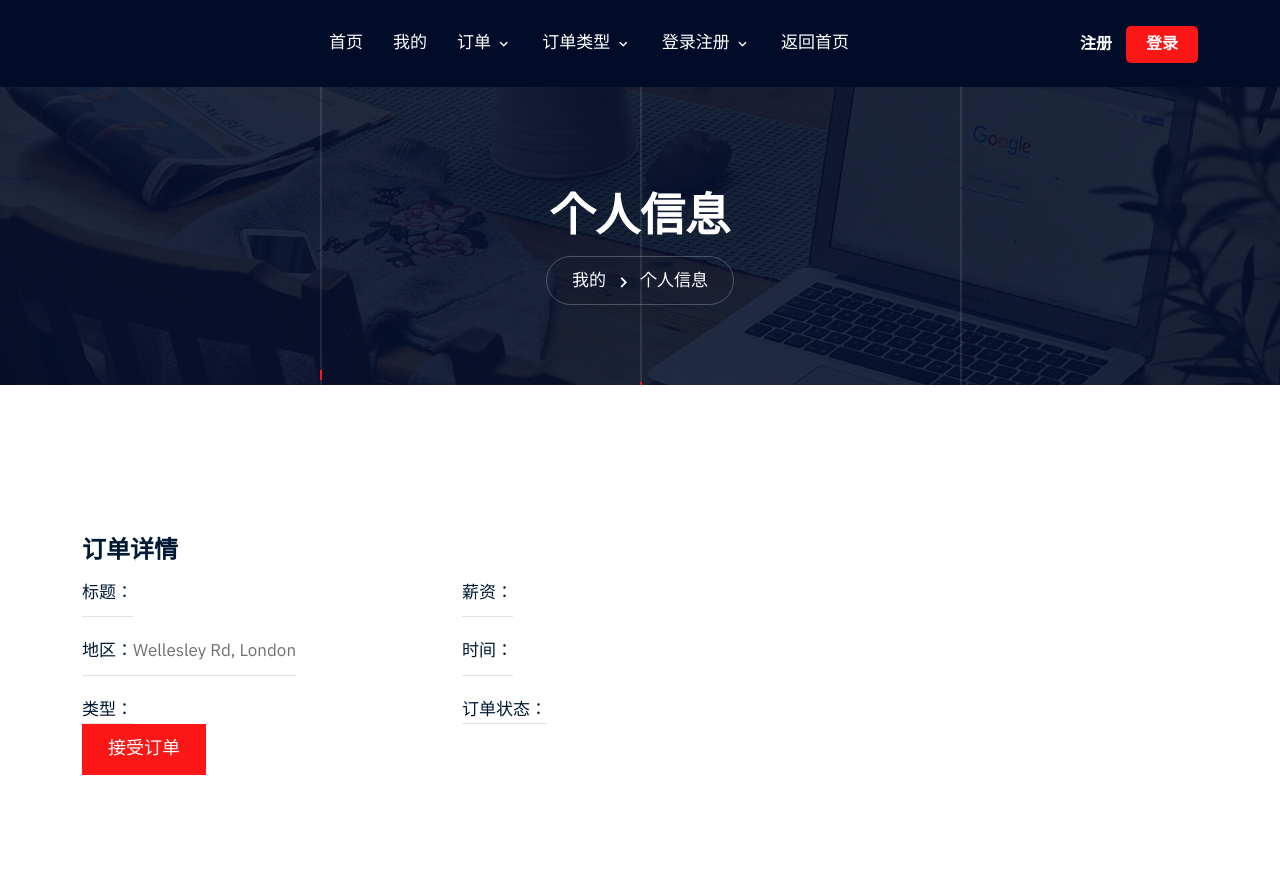
Repository: Aliceonly/Co-DecentralizedApplication
Page: html/detail-order.html
An editor plug-in stored every save of this project. The page is shown before and after the next save, followed by the edit.
The browser window is 1280 px wide. The pictures show the whole page.

Above is the page before, as saved 2022-05-09 10:05:11.
Console error: TypeError: Cannot set properties of null (setting 'innerHTML')

### html/detail-order.html
<!doctype html>
<html lang="zxx">

<head>

    <meta charset="utf-8">
    <meta name="viewport" content="width=device-width, initial-scale=1, shrink-to-fit=no">

    <link rel="stylesheet" href="../static/css/bootstrap.min.css">

    <link rel="stylesheet" href="../static/css/owl.carousel.min.css">

    <link rel="stylesheet" href="../static/css/owl.theme.default.min.css">

    <link rel="stylesheet" href="../static/css/boxicon.min.css">

    <link rel="stylesheet" href="../static/css/flaticon.css">

    <link rel="stylesheet" href="../static/css/magnific-popup.css">

    <link rel="stylesheet" href="../static/css/meanmenu.css">

    <link rel="stylesheet" href="../static/css/nice-select.css">

    <link rel="stylesheet" href="../static/css/style.css">

    <link rel="stylesheet" href="../static/css/responsive.css">

    <title>Jovie - Job Board & Portal HTML Template</title>

</head>

<body>

    <div class="loader-content">
        <div class="d-table">
            <div class="d-table-cell">
                <div class="sk-circle">
                    <div class="sk-circle1 sk-child"></div>
                    <div class="sk-circle2 sk-child"></div>
                    <div class="sk-circle3 sk-child"></div>
                    <div class="sk-circle4 sk-child"></div>
                    <div class="sk-circle5 sk-child"></div>
                    <div class="sk-circle6 sk-child"></div>
                    <div class="sk-circle7 sk-child"></div>
                    <div class="sk-circle8 sk-child"></div>
                    <div class="sk-circle9 sk-child"></div>
                    <div class="sk-circle10 sk-child"></div>
                    <div class="sk-circle11 sk-child"></div>
                    <div class="sk-circle12 sk-child"></div>
                </div>
            </div>
        </div>
    </div>


    <div class="navbar-area">

        <div class="mobile-nav">
            <a href="/" class="logo">
                <!-- <img src="static/picture/logo.png" alt="logo"> -->
            </a>
        </div>

        <div class="main-nav">
            <div class="container">
            <nav class="navbar navbar-expand-lg navbar-light">
            <a class="navbar-brand" href="/">
            <!-- <img src="static/picture/logo.png" alt="logo"> -->
            </a>
            <div class="collapse navbar-collapse mean-menu" id="navbarSupportedContent">
            <ul    class="navbar-nav m-auto">
                <!-- style="position: relative;left: -430px;"  -->
                <!-- 标记！！！！！！！！！！！！！！！！！！！！！！！！！！！ -->

            <li class="nav-item">
            <!-- <a href="#" class="nav-link dropdown-toggle active">Home</a> -->
            <li class="nav-item">
                <a href="/" class="nav-link">首页</a>
            </li>
            <li class="nav-item">
                <a href="account" class="nav-link">我的</a>
            </li>


            <li class="nav-item">
            <a href="#" class="nav-link dropdown-toggle">订单</a>
            <ul class="dropdown-menu">
            <li class="nav-item">
            <a href="/" class="nav-link">查看订单</a>
            </li>
            <li class="nav-item">
            <a href="post_job" class="nav-link">发布订单</a>
            </li>
            <li class="nav-item">
                <a href="all_order" class="nav-link">个人订单</a>
            </li>
            </ul>
            </li>
            <li class="nav-item">
            <a href="#" class="nav-link dropdown-toggle">订单类型</a>
            <ul class="dropdown-menu">
            <li class="nav-item">
            <a href="detail_campus" class="nav-link">校园兼职</a>
            </li>
            <li class="nav-item">
            <a href="detail_qukuilySend" class="nav-link">校园跑腿</a>
            </li>
            <li class="nav-item">
            <a href="detail_shared" class="nav-link">共享服务</a>
            </li>
            </ul>
            </li>

            <li class="nav-item">
            <a href="#" class="nav-link dropdown-toggle">登录注册</a>
            <ul class="dropdown-menu">
            <li class="nav-item">
            <a href="sign_in" class="nav-link">登录</a>
            </li>
            <li class="nav-item">
            <a href="sign_up" class="nav-link">注册</a>
            </li>
            <li class="nav-item">
            <!-- <a href="blog-details.html" class="nav-link">Blog Details</a> -->
            </li>
            </ul>
            </li>


            <li class="nav-item">
            <a href="/" class="nav-link">返回首页</a>
            </li>
            <!-- <li class="nav-item"> -->
            <!-- <a href="contact.html" class="nav-link">Contact Us</a> -->
            <!-- </li> -->
            </ul>


            <div class="other-option">
            <a href="sign_up" class="signup-btn">注册</a>
            <a href="sign_in" class="signin-btn">登录</a>
            </div>
            </div>
            </nav>
            </div>
            </div>
            </div>

            <section style="padding-bottom: 30px;" class="page-title title-bg12">
                <div style="position: relative;top: -50px;" class="d-table">
                    <div class="d-table-cell">
                        <h2>个人信息</h2>
                        <ul>
                            <li>
                                <a href="/account">我的</a>
                            </li>
                            <li>个人信息</li>
                        </ul>
                    </div>
                </div>
                <div   class="lines">
                    <div class="line"></div>
                    <div class="line"></div>
                    <div class="line"></div>
                </div>
            </section>


<!--
    <section class="page-title title-bg8">
        <div class="d-table">
            <div class="d-table-cell">
                <h2>订单详情</h2>
                <ul>
                    <li>
                        <a href="/">首页</a>
                    </li>
                    <li>订单详情</li>
                </ul>
            </div>
        </div>
        <div class="lines">
            <div class="line"></div>
            <div class="line"></div>
            <div class="line"></div>
        </div>
    </section> -->


    <!-- <section class="candidate-details pt-100 pb-100">
        <div class="container">
            <div class="row">
                <div class="col-lg-4">
                    <div class="candidate-profile">
                        <!-- <p>User:{{.Add}}</p> -->
                        <!-- <p>User:<span style="white-space:pre-wrap" id="Add"></span></p>
                        <div class="candidate-social">
                        </div>
                    </div>
                </div>
                <div class="col-lg-8">
                    <div class="candidate-info-text candidate-education">
                        <h3>订单详情</h3>
                        <div class="education-info">
                            <h4>标题：<span id="Taskname"></span></h4>
                        </div>
                        <div class="education-info">
                            <h4>时间：<span id="LaunchTime"></span></h4>
                        </div>
                        <div class="education-info">
                            <h4>薪资：<span id="Amount"></span></h4>
                        </div>
                        <div class="education-info">
                            <h4>类型：<span id="Category"></span></h4>
                        </div>
                        <div class="education-info">
                            <h4>订单状态：<span id="State"></span></h4>
                            <p></p>
                        </div>
                        <div class="col-md-3">
                            <div class="theme-btn text-end">
                            <a href="#" class="default-btn">
                             接受订单
                            </a>
                            </div>
                            </div>
                </div>
            </div>
        </div>
    </section> -->



<section class="job-details ptb-100">
    <div class="container">
    <div class="row">
    <div class="col-lg-8">
    <div class="row">
    <div class="col-lg-12">
    <div class="job-details-text">
    <div style="position: relative;top: 50px;" class="details-text">
    <h3>订单详情</h3>
    <div class="row">
    <div class="col-md-6">
    <table class="table">
    <tbody>
    <tr>
    <td><span>标题：</span></td>
    <td><span id="Taskname"></span></td>
    </tr>
    <tr>
    <td><span>地区：</span></td>
    <td>Wellesley Rd, London</td>
    </tr>
    <tr>
    <td><span>类型：</span></td>
    <td><span id="Category"></span></td>
    </tr>
    </tbody>
    </table>
    </div>
    <div class="col-md-6">
    <table class="table">
    <tbody>
    <tr>
    <td><span>薪资：</span></td>
    <td><span id="Amount"></span></td>
    </tr>
    <tr>
    <td><span>时间：</span></td>
    <td><span id="LaunchTime"></span></td>
    </tr>
    <tr>
    <td><span>订单状态：</span></td>
    <td><span id="State"></span></td>
    </tr>

    </tbody>
    </table>
    </div>
    </div>
    </div>
    <div class="theme-btn">
    <a href="accept_order" class="default-btn">
    接受订单
    </a>
    </div>
    </div>
    </div>
    </div>
    </div>
    </div>
    </div>
    </section>


    <!-- <div class="copyright-text text-center">
        <p><a target="_blank" href="https://sc.chinaz.com/moban/"></a></p>
    </div> -->


    <!-- <div class="top-btn">
        <i class='bx bx-chevrons-up bx-fade-up'></i>
    </div> -->


    <script data-cfasync="false" src="../static/js/email-decode.min.js"></script>
    <script src="../static/js/jquery.min.js"></script>
    <script src="../static/js/bootstrap.bundle.min.js"></script>

    <script src="../static/js/owl.carousel.min.js"></script>

    <script src="../static/js/jquery.nice-select.min.js"></script>

    <script src="../static/js/jquery.magnific-popup.min.js"></script>

    <script src="../static/js/jquery.ajaxchimp.min.js"></script>

    <script src="../static/js/form-validator.min.js"></script>

    <script src="../static/js/contact-form-script.js"></script>

    <script src="../static/js/meanmenu.js"></script>

    <script src="../static/js/custom.js"></script>

    <script src="../static/web3.js/detail-order.js"></script>
</body>

</html>

### static/css/flaticon.css
@font-face{font-family:flaticon;src:url(../font/Flaticon.eot);src:url(../font/Flaticon.eot) format("embedded-opentype"),url(../font/Flaticon.woff2) format("woff2"),url(../font/Flaticon.woff) format("woff"),url(https://templates.hibootstrap.com/jovie/default/assets/fonts/flaticon/Flaticon.ttf) format("truetype"),url(https://templates.hibootstrap.com/jovie/default/assets/fonts/flaticon/Flaticon.svg) format("svg");font-weight:400;font-style:normal}@media screen and (-webkit-min-device-pixel-ratio:0){@font-face{font-family:flaticon;src:url(https://templates.hibootstrap.com/jovie/default/assets/fonts/flaticon/Flaticon.svg) format("svg")}}[class^=flaticon-]:before,[class*=" flaticon-"]:before,[class^=flaticon-]:after,[class*=" flaticon-"]:after{font-family:Flaticon;font-style:normal}.flaticon-accounting:before{content:"\f100"}.flaticon-graduation-cap:before{content:"\f101"}.flaticon-wrench-and-screwdriver-in-cross:before{content:"\f102"}.flaticon-consultation:before{content:"\f103"}.flaticon-heart:before{content:"\f104"}.flaticon-computer:before{content:"\f105"}.flaticon-worker:before{content:"\f106"}.flaticon-auction:before{content:"\f107"}.flaticon-website:before{content:"\f108"}.flaticon-recruitment:before{content:"\f109"}.flaticon-login:before{content:"\f10a"}.flaticon-group:before{content:"\f10b"}.flaticon-discussion:before{content:"\f10c"}.flaticon-research:before{content:"\f10d"}.flaticon-user:before{content:"\f10e"}.flaticon-left-quotes-sign:before{content:"\f10f"}.flaticon-resume:before{content:"\f110"}.flaticon-employee:before{content:"\f111"}.flaticon-portfolio:before{contesignin-form

### static/css/css.css
/* tamil */
@font-face {
  font-family: 'Catamaran';
  font-style: normal;
  font-weight: 400;
  font-display: swap;
  src: url(../font/o-0IIpQoyXQa2RxT7-5r8zRAW_0.woff2) format('woff2');
  unicode-range: U+0964-0965, U+0B82-0BFA, U+200C-200D, U+20B9, U+25CC;
}
/* latin-ext */
@font-face {
  font-family: 'Catamaran';
  font-style: normal;
  font-weight: 400;
  font-display: swap;
  src: url(../font/o-0IIpQoyXQa2RxT7-5r6zRAW_0.woff2) format('woff2');
  unicode-range: U+0100-024F, U+0259, U+1E00-1EFF, U+2020, U+20A0-20AB, U+20AD-20CF, U+2113, U+2C60-2C7F, U+A720-A7FF;
}
/* latin */
@font-face {
  font-family: 'Catamaran';
  font-style: normal;
  font-weight: 400;
  font-display: swap;
  src: url(../font/o-0IIpQoyXQa2RxT7-5r5TRA.woff2) format('woff2');
  unicode-range: U+0000-00FF, U+0131, U+0152-0153, U+02BB-02BC, U+02C6, U+02DA, U+02DC, U+2000-206F, U+2074, U+20AC, U+2122, U+2191, U+2193, U+2212, U+2215, U+FEFF, U+FFFD;
}
/* tamil */
@font-face {
  font-family: 'Catamaran';
  font-style: normal;
  font-weight: 600;
  font-display: swap;
  src: url(../font/o-0IIpQoyXQa2RxT7-5r8zRAW_0.woff2) format('woff2');
  unicode-range: U+0964-0965, U+0B82-0BFA, U+200C-200D, U+20B9, U+25CC;
}
/* latin-ext */
@font-face {
  font-family: 'Catamaran';
  font-style: normal;
  font-weight: 600;
  font-display: swap;
  src: url(../font/o-0IIpQoyXQa2RxT7-5r6zRAW_0.woff2) format('woff2');
  unicode-range: U+0100-024F, U+0259, U+1E00-1EFF, U+2020, U+20A0-20AB, U+20AD-20CF, U+2113, U+2C60-2C7F, U+A720-A7FF;
}
/* latin */
@font-face {
  font-family: 'Catamaran';
  font-style: normal;
  font-weight: 600;
  font-display: swap;
  src: url(../font/o-0IIpQoyXQa2RxT7-5r5TRA.woff2) format('woff2');
  unicode-range: U+0000-00FF, U+0131, U+0152-0153, U+02BB-02BC, U+02C6, U+02DA, U+02DC, U+2000-206F, U+2074, U+20AC, U+2122, U+2191, U+2193, U+2212, U+2215, U+FEFF, U+FFFD;
}
/* cyrillic-ext */
@font-face {
  font-family: 'IBM Plex Sans';
  font-style: italic;
  font-weight: 500;
  font-display: swap;
  src: url(../font/zYX7KVElMYYaJe8bpLHnCwDKhdTm5IVce_fuNmo.woff2) format('woff2');
  unicode-range: U+0460-052F, U+1C80-1C88, U+20B4, U+2DE0-2DFF, U+A640-A69F, U+FE2E-FE2F;
}
/* cyrillic */
@font-face {
  font-family: 'IBM Plex Sans';
  font-style: italic;
  font-weight: 500;
  font-display: swap;
  src: url(../font/zYX7KVElMYYaJe8bpLHnCwDKhdTm5IVccvfuNmo.woff2) format('woff2');
  unicode-range: U+0400-045F, U+0490-0491, U+04B0-04B1, U+2116;
}
/* greek */
@font-face {
  font-family: 'IBM Plex Sans';
  font-style: italic;
  font-weight: 500;
  font-display: swap;
  src: url(../font/zYX7KVElMYYaJe8bpLHnCwDKhdTm5IVcdffuNmo.woff2) format('woff2');
  unicode-range: U+0370-03FF;
}
/* vietnamese */
@font-face {
  font-family: 'IBM Plex Sans';
  font-style: italic;
  font-weight: 500;
  font-display: swap;
  src: url(../font/zYX7KVElMYYaJe8bpLHnCwDKhdTm5IVceffuNmo.woff2) format('woff2');
  unicode-range: U+0102-0103, U+0110-0111, U+0128-0129, U+0168-0169, U+01A0-01A1, U+01AF-01B0, U+1EA0-1EF9, U+20AB;
}
/* latin-ext */
@font-face {
  font-family: 'IBM Plex Sans';
  font-style: italic;
  font-weight: 500;
  font-display: swap;
  src: url(../font/zYX7KVElMYYaJe8bpLHnCwDKhdTm5IVcePfuNmo.woff2) format('woff2');
  unicode-range: U+0100-024F, U+0259, U+1E00-1EFF, U+2020, U+20A0-20AB, U+20AD-20CF, U+2113, U+2C60-2C7F, U+A720-A7FF;
}
/* latin */
@font-face {
  font-family: 'IBM Plex Sans';
  font-style: italic;
  font-weight: 500;
  font-display: swap;
  src: url(../font/zYX7KVElMYYaJe8bpLHnCwDKhdTm5IVcdvfu.woff2) format('woff2');
  unicode-range: U+0000-00FF, U+0131, U+0152-0153, U+02BB-02BC, U+02C6, U+02DA, U+02DC, U+2000-206F, U+2074, U+20AC, U+2122, U+2191, U+2193, U+2212, U+2215, U+FEFF, U+FFFD;
}
/* cyrillic-ext */
@font-face {
  font-family: 'IBM Plex Sans';
  font-style: normal;
  font-weight: 400;
  font-display: swap;
  src: url(../font/zYXgKVElMYYaJe8bpLHnCwDKhdzeFb5N.woff2) format('woff2');
  unicode-range: U+0460-052F, U+1C80-1C88, U+20B4, U+2DE0-2DFF, U+A640-A69F, U+FE2E-FE2F;
}
/* cyrillic */
@font-face {
  font-family: 'IBM Plex Sans';
  font-style: normal;
  font-weight: 400;
  font-display: swap;
  src: url(../font/zYXgKVElMYYaJe8bpLHnCwDKhdXeFb5N.woff2) format('woff2');
  unicode-range: U+0400-045F, U+0490-0491, U+04B0-04B1, U+2116;
}
/* greek */
@font-face {
  font-family: 'IBM Plex Sans';
  font-style: normal;
  font-weight: 400;
  font-display: swap;
  src: url(../font/zYXgKVElMYYaJe8bpLHnCwDKhdLeFb5N.woff2) format('woff2');
  unicode-range: U+0370-03FF;
}
/* vietnamese */
@font-face {
  font-family: 'IBM Plex Sans';
  font-style: normal;
  font-weight: 400;
  font-display: swap;
  src: url(../font/zYXgKVElMYYaJe8bpLHnCwDKhd7eFb5N.woff2) format('woff2');
  unicode-range: U+0102-0103, U+0110-0111, U+0128-0129, U+0168-0169, U+01A0-01A1, U+01AF-01B0, U+1EA0-1EF9, U+20AB;
}
/* latin-ext */
@font-face {
  font-family: 'IBM Plex Sans';
  font-style: normal;
  font-weight: 400;
  font-display: swap;
  src: url(../font/zYXgKVElMYYaJe8bpLHnCwDKhd_eFb5N.woff2) format('woff2');
  unicode-range: U+0100-024F, U+0259, U+1E00-1EFF, U+2020, U+20A0-20AB, U+20AD-20CF, U+2113, U+2C60-2C7F, U+A720-A7FF;
}
/* latin */
@font-face {
  font-family: 'IBM Plex Sans';
  font-style: normal;
  font-weight: 400;
  font-display: swap;
  src: url(../font/zYXgKVElMYYaJe8bpLHnCwDKhdHeFQ.woff2) format('woff2');
  unicode-range: U+0000-00FF, U+0131, U+0152-0153, U+02BB-02BC, U+02C6, U+02DA, U+02DC, U+2000-206F, U+2074, U+20AC, U+2122, U+2191, U+2193, U+2212, U+2215, U+FEFF, U+FFFD;
}
/* cyrillic-ext */
@font-face {
  font-family: 'IBM Plex Sans';
  font-style: normal;
  font-weight: 500;
  font-display: swap;
  src: url(../font/zYX9KVElMYYaJe8bpLHnCwDKjSL9AIxsdO_q.woff2) format('woff2');
  unicode-range: U+0460-052F, U+1C80-1C88, U+20B4, U+2DE0-2DFF, U+A640-A69F, U+FE2E-FE2F;
}
/* cyrillic */
@font-face {
  font-family: 'IBM Plex Sans';
  font-style: normal;
  font-weight: 500;
  font-display: swap;
  src: url(../font/zYX9KVElMYYaJe8bpLHnCwDKjSL9AIVsdO_q.woff2) format('woff2');
  unicode-range: U+0400-045F, U+0490-0491, U+04B0-04B1, U+2116;
}
/* greek */
@font-face {
  font-family: 'IBM Plex Sans';
  font-style: normal;
  font-weight: 500;
  font-display: swap;
  src: url(../font/zYX9KVElMYYaJe8bpLHnCwDKjSL9AIJsdO_q.woff2) format('woff2');
  unicode-range: U+0370-03FF;
}
/* vietnamese */
@font-face {
  font-family: 'IBM Plex Sans';
  font-style: normal;
  font-weight: 500;
  font-display: swap;
  src: url(../font/zYX9KVElMYYaJe8bpLHnCwDKjSL9AI5sdO_q.woff2) format('woff2');
  unicode-range: U+0102-0103, U+0110-0111, U+0128-0129, U+0168-0169, U+01A0-01A1, U+01AF-01B0, U+1EA0-1EF9, U+20AB;
}
/* latin-ext */
@font-face {
  font-family: 'IBM Plex Sans';
  font-style: normal;
  font-weight: 500;
  font-display: swap;
  src: url(../font/zYX9KVElMYYaJe8bpLHnCwDKjSL9AI9sdO_q.woff2) format('woff2');
  unicode-range: U+0100-024F, U+0259, U+1E00-1EFF, U+2020, U+20A0-20AB, U+20AD-20CF, U+2113, U+2C60-2C7F, U+A720-A7FF;
}
/* latin */
@font-face {
  font-family: 'IBM Plex Sans';
  font-style: normal;
  font-weight: 500;
  font-display: swap;
  src: url(../font/zYX9KVElMYYaJe8bpLHnCwDKjSL9AIFsdA.woff2) format('woff2');
  unicode-range: U+0000-00FF, U+0131, U+0152-0153, U+02BB-02BC, U+02C6, U+02DA, U+02DC, U+2000-206F, U+2074, U+20AC, U+2122, U+2191, U+2193, U+2212, U+2215, U+FEFF, U+FFFD;
}
/* cyrillic-ext */
@font-face {
  font-family: 'IBM Plex Sans';
  font-style: normal;
  font-weight: 600;
  font-display: swap;
  src: url(../font/zYX9KVElMYYaJe8bpLHnCwDKjQ76AIxsdO_q.woff2) format('woff2');
  unicode-range: U+0460-052F, U+1C80-1C88, U+20B4, U+2DE0-2DFF, U+A640-A69F, U+FE2E-FE2F;
}
/* cyrillic */
@font-face {
  font-family: 'IBM Plex Sans';
  font-style: normal;
  font-weight: 600;
  font-display: swap;
  src: url(../font/zYX9KVElMYYaJe8bpLHnCwDKjQ76AIVsdO_q.woff2) format('woff2');
  unicode-range: U+0400-045F, U+0490-0491, U+04B0-04B1, U+2116;
}
/* greek */
@font-face {
  font-family: 'IBM Plex Sans';
  font-style: normal;
  font-weight: 600;
  font-display: swap;
  src: url(../font/zYX9KVElMYYaJe8bpLHnCwDKjQ76AIJsdO_q.woff2) format('woff2');
  unicode-range: U+0370-03FF;
}
/* vietnamese */
@font-face {
  font-family: 'IBM Plex Sans';
  font-style: normal;
  font-weight: 600;
  font-display: swap;
  src: url(../font/zYX9KVElMYYaJe8bpLHnCwDKjQ76AI5sdO_q.woff2) format('woff2');
  unicode-range: U+0102-0103, U+0110-0111, U+0128-0129, U+0168-0169, U+01A0-01A1, U+01AF-01B0, U+1EA0-1EF9, U+20AB;
}
/* latin-ext */
@font-face {
  font-family: 'IBM Plex Sans';
  font-style: normal;
  font-weight: 600;
  font-display: swap;
  src: url(../font/zYX9KVElMYYaJe8bpLHnCwDKjQ76AI9sdO_q.woff2) format('woff2');
  unicode-range: U+0100-024F, U+0259, U+1E00-1EFF, U+2020, U+20A0-20AB, U+20AD-20CF, U+2113, U+2C60-2C7F, U+A720-A7FF;
}
/* latin */
@font-face {
  font-family: 'IBM Plex Sans';
  font-style: normal;
  font-weight: 600;
  font-display: swap;
  src: url(../font/zYX9KVElMYYaJe8bpLHnCwDKjQ76AIFsdA.woff2) format('woff2');
  unicode-range: U+0000-00FF, U+0131, U+0152-0153, U+02BB-02BC, U+02C6, U+02DA, U+02DC, U+2000-206F, U+2074, U+20AC, U+2122, U+2191, U+2193, U+2212, U+2215, U+FEFF, U+FFFD;
}
/* cyrillic-ext */
@font-face {
  font-family: 'IBM Plex Sans';
  font-style: normal;
  font-weight: 700;
  font-display: swap;
  src: url(../font/zYX9KVElMYYaJe8bpLHnCwDKjWr7AIxsdO_q.woff2) format('woff2');
  unicode-range: U+0460-052F, U+1C80-1C88, U+20B4, U+2DE0-2DFF, U+A640-A69F, U+FE2E-FE2F;
}
/* cyrillic */
@font-face {
  font-family: 'IBM Plex Sans';
  font-style: normal;
  font-weight: 700;
  font-display: swap;
  src: url(../font/zYX9KVElMYYaJe8bpLHnCwDKjWr7AIVsdO_q.woff2) format('woff2');
  unicode-range: U+0400-045F, U+0490-0491, U+04B0-04B1, U+2116;
}
/* greek */
@font-face {
  font-family: 'IBM Plex Sans';
  font-style: normal;
  font-weight: 700;
  font-display: swap;
  src: url(../font/zYX9KVElMYYaJe8bpLHnCwDKjWr7AIJsdO_q.woff2) format('woff2');
  unicode-range: U+0370-03FF;
}
/* vietnamese */
@font-face {
  font-family: 'IBM Plex Sans';
  font-style: normal;
  font-weight: 700;
  font-display: swap;
  src: url(../font/zYX9KVElMYYaJe8bpLHnCwDKjWr7AI5sdO_q.woff2) format('woff2');
  unicode-range: U+0102-0103, U+0110-0111, U+0128-0129, U+0168-0169, U+01A0-01A1, U+01AF-01B0, U+1EA0-1EF9, U+20AB;
}
/* latin-ext */
@font-face {
  font-family: 'IBM Plex Sans';
  font-style: normal;
  font-weight: 700;
  font-display: swap;
  src: url(../font/zYX9KVElMYYaJe8bpLHnCwDKjWr7AI9sdO_q.woff2) format('woff2');
  unicode-range: U+0100-024F, U+0259, U+1E00-1EFF, U+2020, U+20A0-20AB, U+20AD-20CF, U+2113, U+2C60-2C7F, U+A720-A7FF;
}
/* latin */
@font-face {
  font-family: 'IBM Plex Sans';
  font-style: normal;
  font-weight: 700;
  font-display: swap;
  src: url(../font/zYX9KVElMYYaJe8bpLHnCwDKjWr7AIFsdA.woff2) format('woff2');
  unicode-range: U+0000-00FF, U+0131, U+0152-0153, U+02BB-02BC, U+02C6, U+02DA, U+02DC, U+2000-206F, U+2074, U+20AC, U+2122, U+2191, U+2193, U+2212, U+2215, U+FEFF, U+FFFD;
}

Loaded but not shown: static/css/bootstrap.min.css (library); static/css/owl.carousel.min.css (library); static/css/owl.theme.default.min.css (common file); static/css/boxicon.min.css (library); static/css/magnific-popup.css (library); static/css/meanmenu.css (library); static/css/nice-select.css (common file); static/css/style.css (library); static/css/responsive.css (library); static/js/email-decode.min.js (common file); static/js/jquery.min.js (library); static/js/bootstrap.bundle.min.js (library); static/js/owl.carousel.min.js (library); static/js/jquery.nice-select.min.js (common file); static/js/jquery.magnific-popup.min.js (library); static/js/jquery.ajaxchimp.min.js (common file); static/js/form-validator.min.js (library); static/js/meanmenu.js (library); static/js/custom.js (12 lines, source omitted); static/web3.js/detail-order.js (46 lines, source omitted); static/js/contact-form-script.js (1 lines, source omitted)

After the next save:
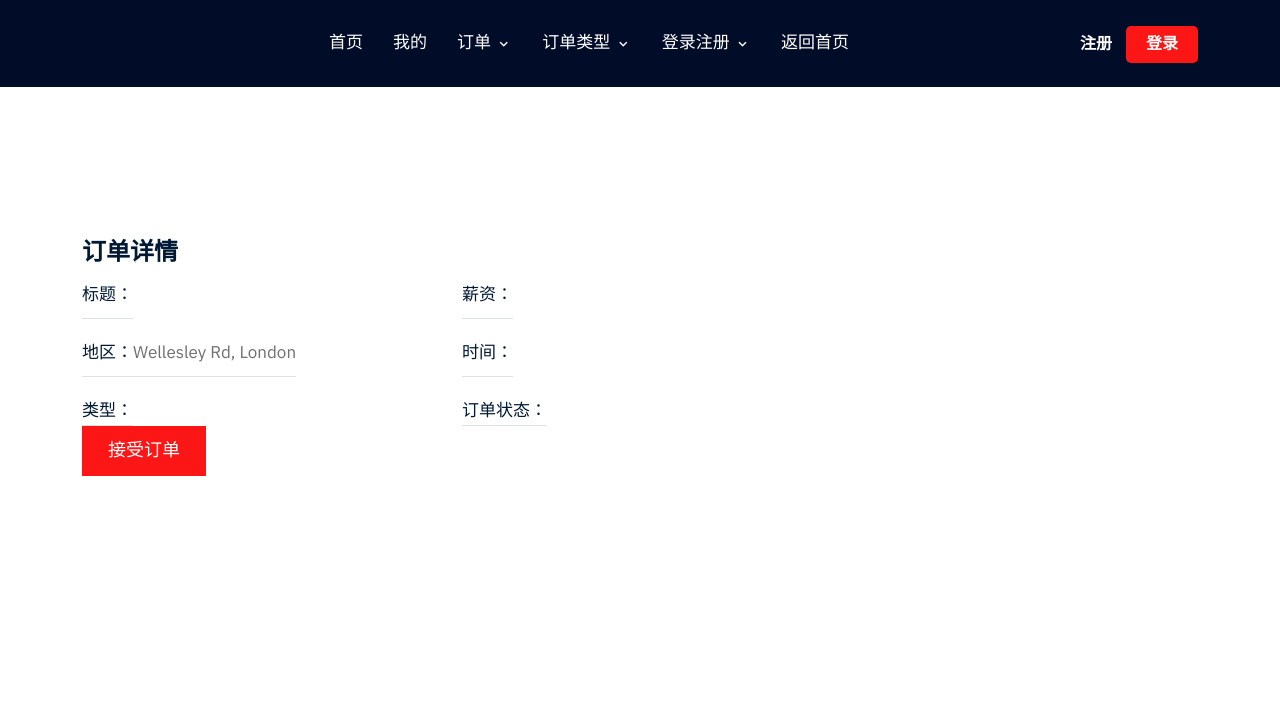
Saved 13 s later.
--- a/html/detail-order.html
+++ b/html/detail-order.html
@@ -147,24 +147,7 @@
             </div>
             </div>
 
-            <section style="padding-bottom: 30px;" class="page-title title-bg12">
-                <div style="position: relative;top: -50px;" class="d-table">
-                    <div class="d-table-cell">
-                        <h2>个人信息</h2>
-                        <ul>
-                            <li>
-                                <a href="/account">我的</a>
-                            </li>
-                            <li>个人信息</li>
-                        </ul>
-                    </div>
-                </div>
-                <div   class="lines">
-                    <div class="line"></div>
-                    <div class="line"></div>
-                    <div class="line"></div>
-                </div>
-            </section>
+
 
 
 <!--
